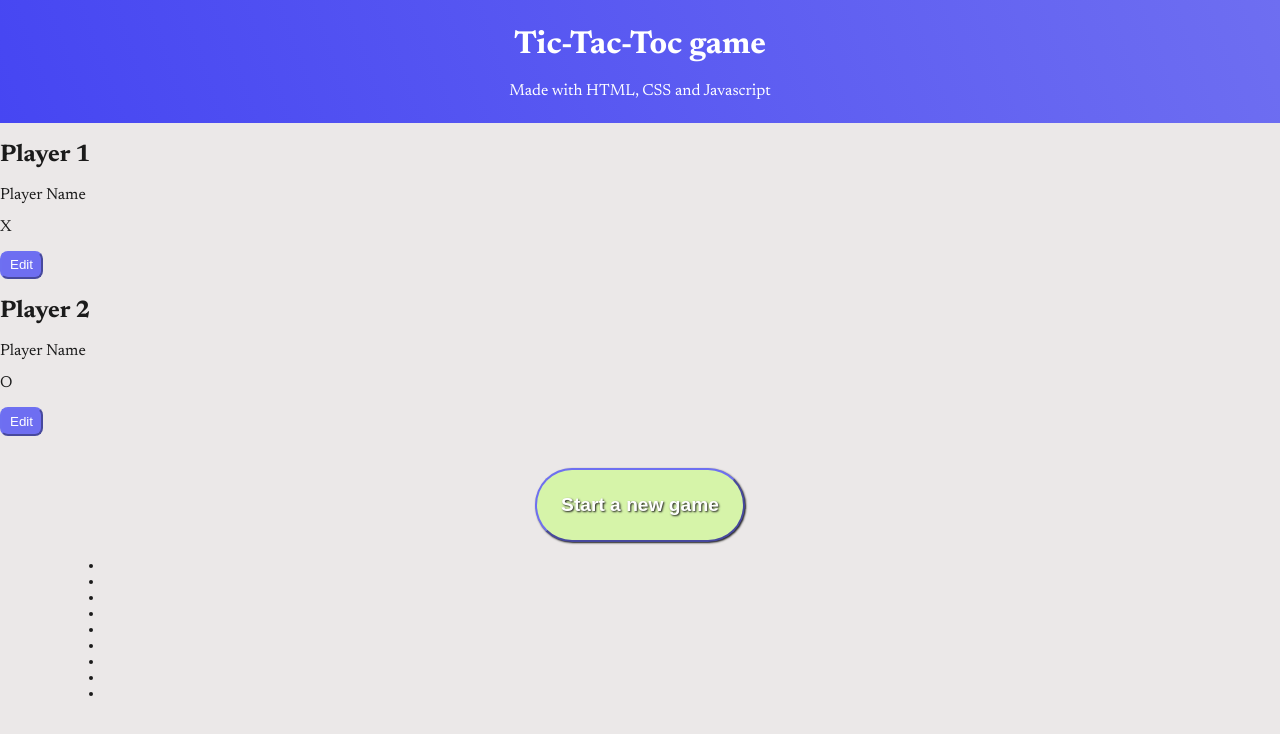
Repository: MicTomm/Tic-tac-toe-game
Page: index.html
The author's editor kept a copy of each file at every save. The page is drawn from the files as they stood at one save, then again after the next save.
The browser window is 1280 px wide. The pictures show the whole page.
The pointer rests on the first visible `#start-game`.

Above is the page before, as saved 2023-06-23 16:56:10.
Not found: js-code

### index.html
<!DOCTYPE html>
<html lang="en">

<head>
    <meta charset="UTF-8">
    <meta name="viewport" content="width=device-width, initial-scale=1.0">
    <title>Tic-Tac-Toe</title>
    <link rel="preconnect" href="https://fonts.googleapis.com">
    <link rel="preconnect" href="https://fonts.gstatic.com" crossorigin>
    <link href="https://fonts.googleapis.com/css2?family=Newsreader:wght@400;700&display=swap" rel="stylesheet">
    <link href="/styles/styles.css" rel="stylesheet">
    <link href="/styles/overlay.css" rel="stylesheet">
    <link href="/styles/game-configuration.css" rel="stylesheet">
    <link href="/styles/game-execution.css" rel="stylesheet">
    <script src="js-code" defer></script>
</head>

<body>
    <div class="back-drop" id="back-drop"></div>
    <header id="main-header">
        <h1>Tic-Tac-Toc game</h1>
        <p>Made with HTML, CSS and Javascript</p>
    </header>
    <main>
        <aside id="aside-container">
            <header id="id=" aside-header>
                <h2>Chose your name</h2>
            </header>
            <form>
                <div id="aside-input-container">
                    <label for="choosing-player-name">Player name</label>
                    <input type="text" id="choosing-player-name">
                </div>
                <div id="aside-buttons-container">
                    <button type="button" class="btn alternative-btn" id="cancel-btn">
                        <a href="/">Cancel</a>
                    </button>
                    <button type="submit" class="btn">Confirm</button>
                </div>
            </form>
        </aside>
        <section id="game-configuration">
            <article>
                <div id="player1-container">
                    <h2>Player 1</h2>
                    <p>Player Name</p>
                    <p class="symbol">X</p>
                    <button id="edit-p1-btn" class="btn">Edit</button>
                </div>
            </article>
            <article>
                <div id="player2-container">
                    <h2>Player 2</h2>
                    <p>Player Name</p>
                    <p class="symbol">O</p>
                    <button id="edit-p2-btn" class="btn">
                        <a href="#aside-container">Edit</a>
                    </button>
                </div>
            </article>
        </section>
        <section id="game-execution">
            <button type="button" id="start-game" class="btn">Start a new game</button>
            <ul>
                <li></li>
                <li></li>
                <li></li>

                <li></li>
                <li></li>
                <li></li>

                <li></li>
                <li></li>
                <li></li>
            </ul>
        </section>
    </main>

</body>

</html>

### styles/styles.css
body{
    margin: 0;
    background-color: rgb(235, 232, 232);
    font-family: 'Newsreader', serif;
    color: rgb(27, 27, 27);
}

a{
    text-decoration: none;
    color: white;
}

#cancel-btn a{
    color: rgb(27, 27, 27);
}

#main-header{
    background: linear-gradient(70deg, rgb(70, 70, 242), rgb(110, 110, 241));
    color: white;
    padding: 0.5rem 5%;
    text-align: center;
}

.btn{
    background-color: rgb(110, 110, 241);
    border-color: rgb(110, 112, 241);
    color: white;
    border-radius: 8px;
    padding: 0.3rem 0.5rem;
}

.alternative-btn{
    background-color: rgb(223, 223, 239);
    border-color: transparent;
    color: rgb(27, 27, 27);
    margin: 0.5rem;
}

.btn:hover{
    background-color:  rgb(127, 127, 233);
    box-shadow: 1px 1px 2px rgb(27, 27, 27);
}

.alternative-btn:hover{
    background-color: rgb(210, 210, 235);
    border-color: rgb(205, 205, 233);
}

aside h2,
aside label{
    color: rgb(110, 110, 241);
    text-shadow: .5px .5px 1px rgb(27, 27, 27, 0.5);
}

form label{
    display: block;
    margin-bottom: .5rem;
}

form input{
    padding: .3rem;
    border-color: transparent;
    border-radius: 8px;
    font-family: inherit;
}

form input:hover,
form input:focus {
    outline: rgb(110, 110, 241) auto 1px;
}

form #aside-buttons-container{
    display: flex;
    flex-flow: row;
    justify-content: center;
    align-items: center;
    margin: .5rem;
}

### styles/overlay.css
#aside-container {
    text-align: center;
    background-color: rgb(241, 245, 245);
    width: 90%;
    margin: 0rem auto;
    border-radius: .6rem;
    padding: .5rem 0rem;
    display: none;
    position: fixed;
    top: 25%;
    left: 5%;
}

#aside-container:target,
#back-drop:target {
    display: block;
}

.back-drop {
    background-color: rgb(168, 157, 157, 0.5);
    width: 100%;
    height: 100%;
    position: fixed;
    display: none;
}

aside h2,
aside label {
    color: rgb(110, 110, 241);
    text-shadow: .5px .5px 1px rgb(27, 27, 27, 0.5);
}

form label {
    display: block;
    margin-bottom: .5rem;
}

form input {
    padding: .3rem;
    border-color: transparent;
    border-radius: 8px;
    font-family: inherit;
    font-weight: 700;
    color: rgb(27, 27, 27, 0.7);
    text-align: center;
}

form input:hover,
form input:focus {
    outline: rgb(110, 110, 241) auto 1px;
}

form #aside-buttons-container {
    display: flex;
    flex-flow: row;
    justify-content: center;
    align-items: center;
    margin: .5rem;
}

@media (min-width: 48rem) {

    #aside-container {
        position: fixed;
        top: 25%;
        left: calc(50% - 20rem);
        width: 40rem;
    }

}

### styles/game-configuration.css
#game-configuration{
    width: 90%;
}

### styles/game-execution.css
#game-execution{
    width: 90%;
    margin: 2rem auto;
    text-align: center;
}

#start-game{
    padding: 1.5rem;
    border-radius: 20rem;
    font-size: 1.2rem;
    font-weight: 700;
    text-shadow: 1px 1px 2px rgb(27, 27, 27);
}

#start-game:hover{
    background-color: rgb(214, 244, 169);
}

After the next save:
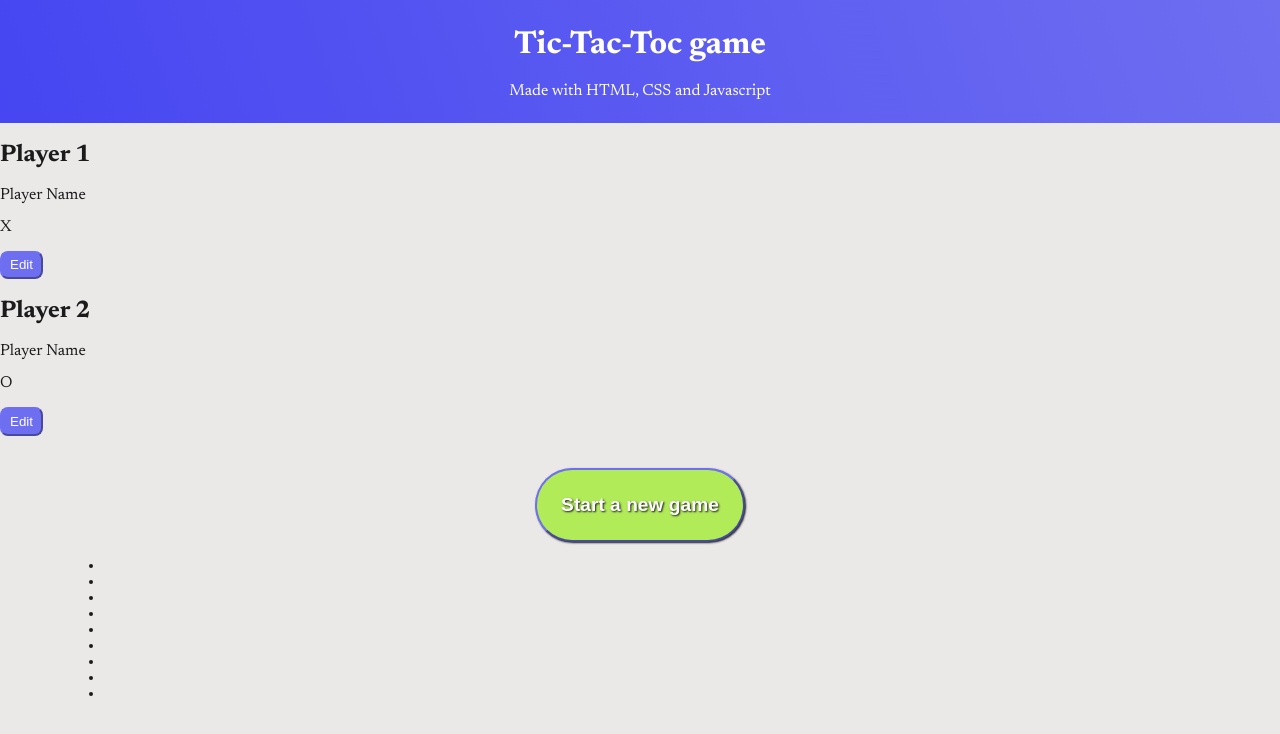
Saved 12 s later.
--- a/styles/game-execution.css
+++ b/styles/game-execution.css
@@ -13,5 +13,5 @@
 }
 
 #start-game:hover{
-    background-color: rgb(214, 244, 169);
+    background-color: rgb(177, 236, 88);
 }
